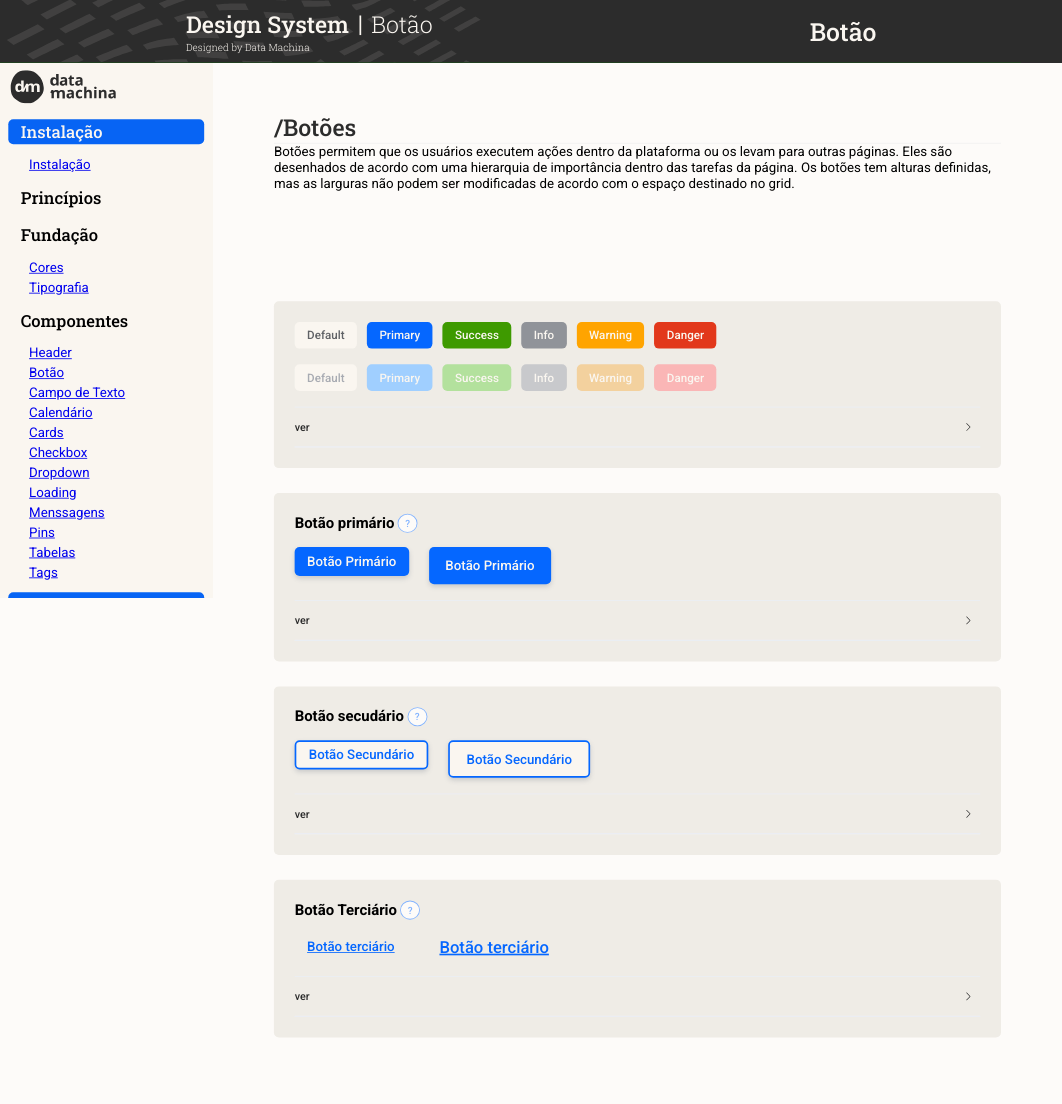
Repository: gustavoemmanoel/DM-Design-System
Page: /#/BotaoDs
The author's editor kept a copy of each file at every save. The page is drawn from the files as they stood at one save, then again after the next save.
The browser window is 1280 px wide. The pictures show the whole page, at 83% of full size.
The project was rebuilt for these pictures with package versions that can differ from the ones it lists, and the page was loaded fresh each time. Also part of the build but not shown: vue.config.js, src/views/Installation/InstallationEl.vue, src/views/Fundacao/ColorsDs.vue, src/views/Fundacao/IconografiaDs.vue, src/views/Fundacao/TipografiaDs.vue, src/views/Componentes/HeaderPage.vue, src/views/Componentes/CalendarioDs.vue, src/views/Componentes/CampoTextoDs.vue and 9 more.

Above is the page before, as saved 2022-10-20 20:27:32.

After the next save:
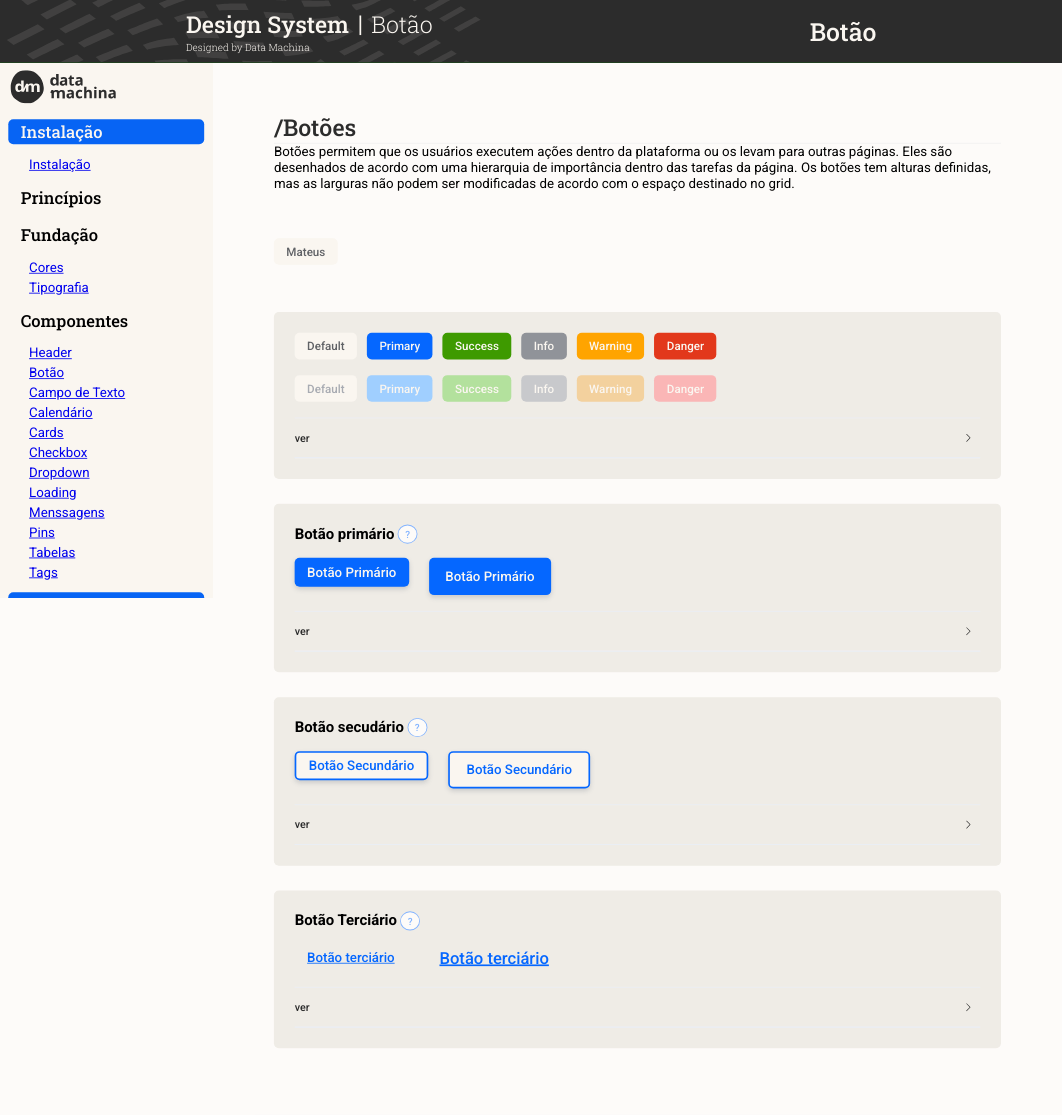
Saved 11 s later.
--- a/src/views/Componentes/BotaoDs.vue
+++ b/src/views/Componentes/BotaoDs.vue
@@ -22,7 +22,7 @@
         <br />
         <br />
         <br />
-
+        <el-button>Mateus</el-button>
         <br />
         <br />
         <br />
